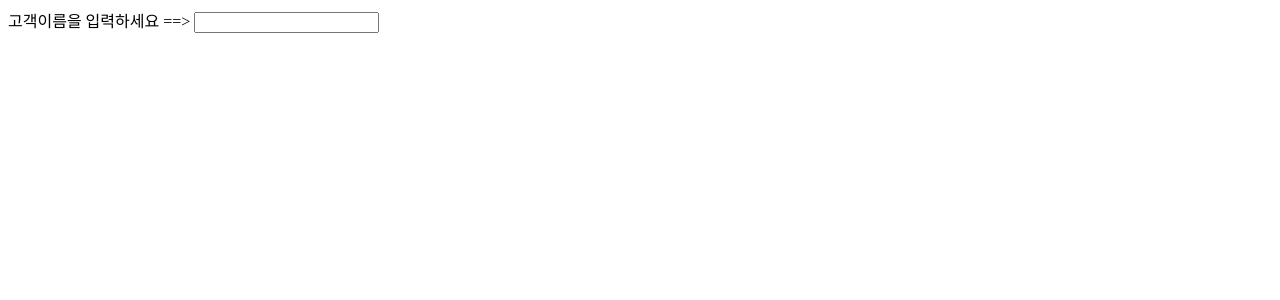
Repository: JUNGJAYOUNG/database_web
Page: http://localhost/day1110/searchOrders.jsp
These files come from the project's save history. The page is drawn as it stood at one moment and after the next save; the edit follows.
The browser window is 1280 px wide. The pictures show the whole page.
The page is served by Tomcat 9. Other server files are loaded and not shown.

Above is the page before, as saved 2021-11-10 01:28:08.

### day1110/src/main/webapp/searchOrders.jsp
<%@ page language="java" contentType="text/html; charset=EUC-KR"
    pageEncoding="EUC-KR"%>
<!DOCTYPE html>
<html>
<head>
<meta charset="EUC-KR">
<title>Insert title here</title>
</head>
<body>
	<form action="searchOrders.jsp" method="post">
		고객이름을 입력하세요 ==> <input type="text">


	</form>
</body>
</html>

After the next save:
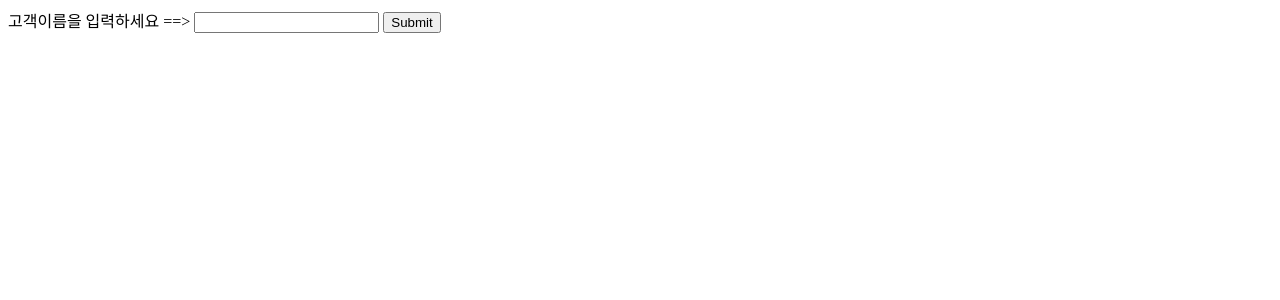
Saved 34 s later.
--- a/day1110/src/main/webapp/searchOrders.jsp
+++ b/day1110/src/main/webapp/searchOrders.jsp
@@ -9,7 +9,7 @@
 <body>
 	<form action="searchOrders.jsp" method="post">
 		고객이름을 입력하세요 ==> <input type="text">
-
+		<input type="submit" values==""
 
 	</form>
 </body>
